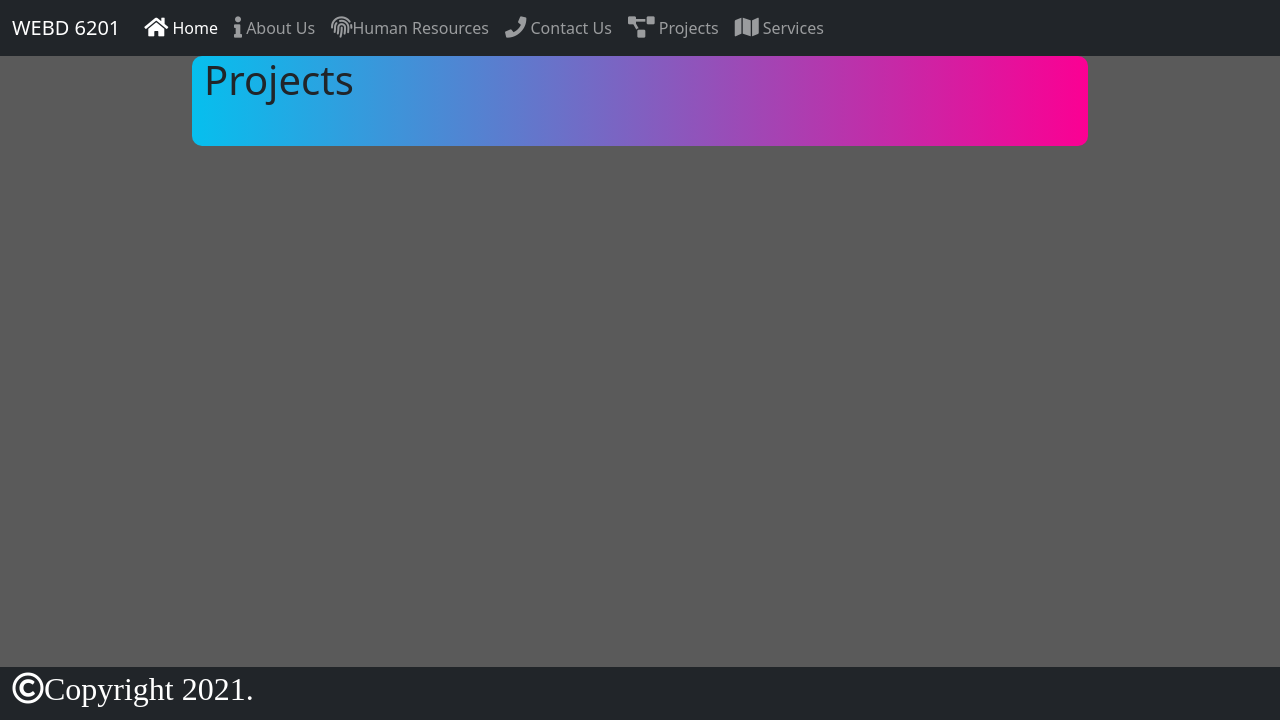
Repository: vans12345678/WEBD6201-W2021-Week3
Page: projects.html
These files come from the project's save history. The page is drawn as it stood at one moment and after the next save; the edit follows.
The browser window is 1280 px wide. The pictures show the whole page.

Above is the page before, as saved 2021-01-28 21:06:32.
Console error: ReferenceError: introText is not defined

After the next save:
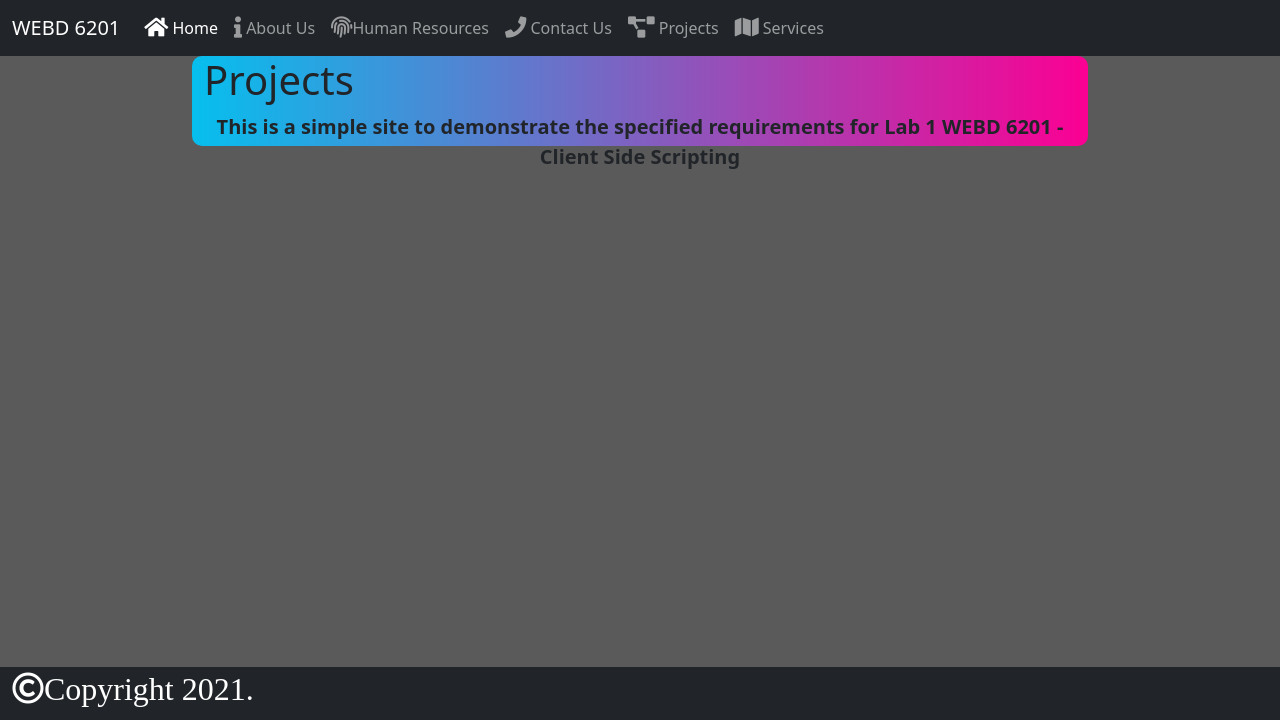
The error is gone.
Saved 22 s later.
--- a/Scripts/app.js
+++ b/Scripts/app.js
@@ -30,10 +30,10 @@
     }
     function displayProjects()
     {
-        let projectOne = "This is a simple site to demonstrate the specified requirements for Lab 1 WEBD 6201 - Client Side Scripting";
+        let projectOneText = "This is a simple site to demonstrate the specified requirements for Lab 1 WEBD 6201 - Client Side Scripting";
         let projectOneTextElement = document.getElementById("projectOne");
 
-        projectOneTextElement.textContent = introText;
+        projectOneTextElement.textContent = projectOneText;
         projectOneTextElement.className = "fs-5 fw-bold text-center";
     }
     function displayServices()
